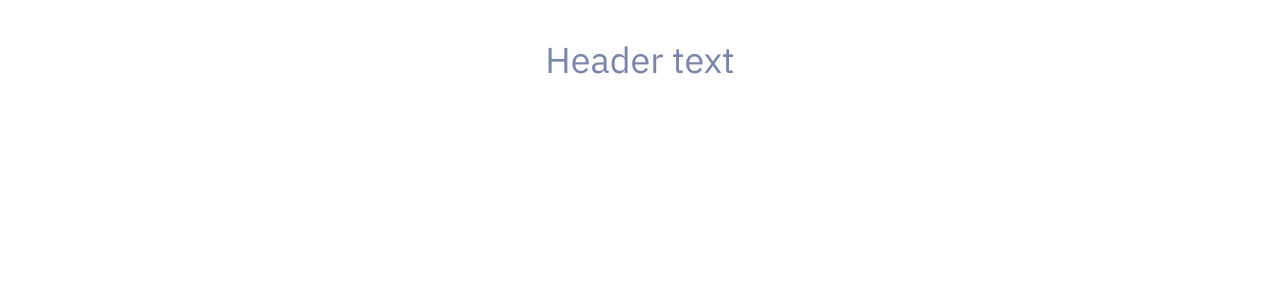
Repository: KilluaProject/image-ai
Page: /
These files come from the project's save history. The page is drawn as it stood at one moment and after the next save; the edit follows.
The browser window is 1280 px wide. The pictures show the whole page.
An inner scrolling area shows only its first screen. The project was rebuilt for these pictures with package versions that can differ from the ones it lists, and the page was loaded fresh each time. The framework's server and built-in components were replaced by stand-ins that run in the browser. Also part of the build but not shown: next.config.mjs.

Above is the page before, as saved 2024-06-20 15:29:09.

### app/layout.tsx
import type { Metadata } from "next";
import { IBM_Plex_Sans } from "next/font/google";
import "./globals.css";
import { cn } from "@/lib/utils";

const IBMPlex = IBM_Plex_Sans({
  subsets: ["latin"],
  weight:['400', '500', '600', '700'],
   variable:'--font-ibm-plex'
});

export const metadata: Metadata = {
  title: "image ai maker",
  description: "Make A Image just a one click",
};

export default function RootLayout({
  children,
}: Readonly<{
  children: React.ReactNode;
}>) {
  return (
    <html lang="en">
      <body className={cn('font-IBMPlex antialiased', IBMPlex.variable)}>
        {children}
      </body>
    </html>
  );
}

### app/(root)/layout.tsx
import React from 'react'

const Layout = ({children}: {children: React.ReactNode}) => {
  return (
    <main className='root'>
        <div className='root-container'>
            <div className='wrapper'>
                {children}
            </div>
        </div>

    </main>
  )
}

export default Layout

### app/(root)/page.tsx
import React from 'react'

const Home = () => {
  return (
    <div>
      <div className="container min-h-screen mx-auto">
        <div className="">
          <h1 className='text-4xl text-center '>Header text</h1>
        </div>
      </div>
    </div>
  )
}

export default Home

Loaded but not shown: app/globals.css (common file); lib/utils.ts (common file); tailwind.config.ts (common file)

After the next save:
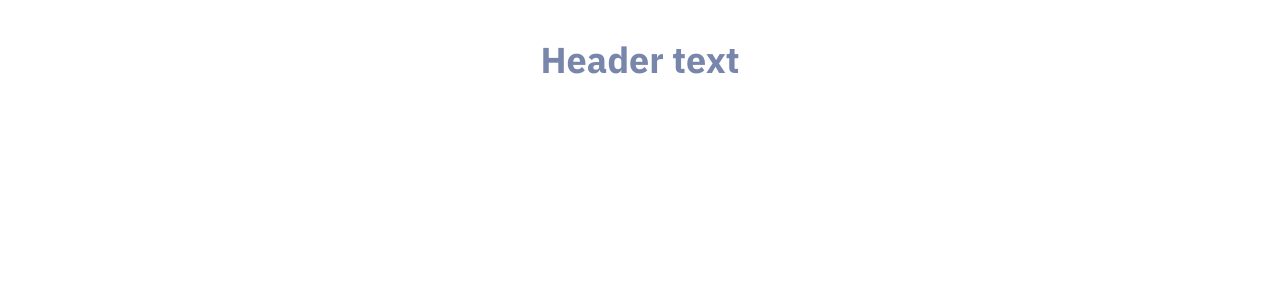
Saved 16 s later.
--- a/app/(root)/page.tsx
+++ b/app/(root)/page.tsx
@@ -5,7 +5,7 @@
     <div>
       <div className="container min-h-screen mx-auto">
         <div className="">
-          <h1 className='text-4xl text-center '>Header text</h1>
+          <h1 className='text-4xl text-center font-bold '>Header text</h1>
         </div>
       </div>
     </div>
